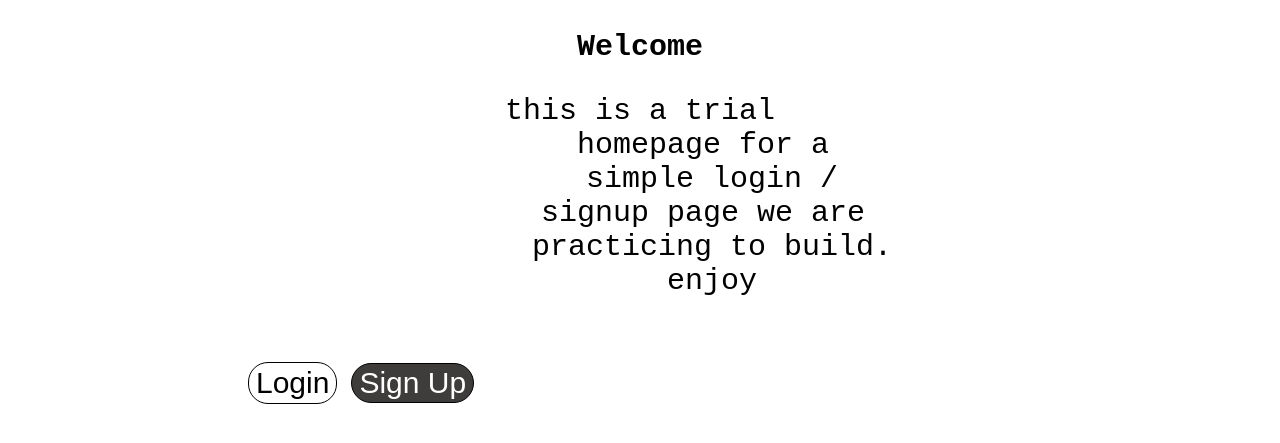
Repository: yhung004/TUTORIAL_PAGE
Page: home.html
An editor plug-in stored every save of this project. The page is shown before and after the next save, followed by the edit.
The browser window is 1280 px wide. The pictures show the whole page.

Above is the page before, as saved 2024-04-10 01:45:35.

After the next save:
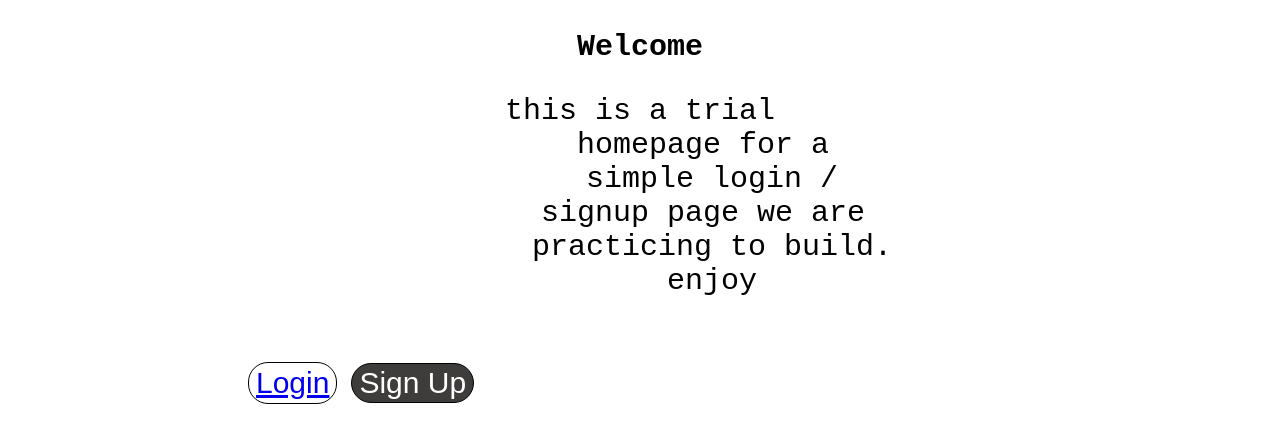
Saved 76 s later.
--- a/home.html
+++ b/home.html
@@ -16,7 +16,7 @@
         enjoy
     </pre>
     <button class="button_a">
-        Login
+       <a href="#" class="button_a1">Login</a>
     </button>
     <button class="button_b">
         <a href="#" class="button_b1">Sign Up</a>

After the save that followed:
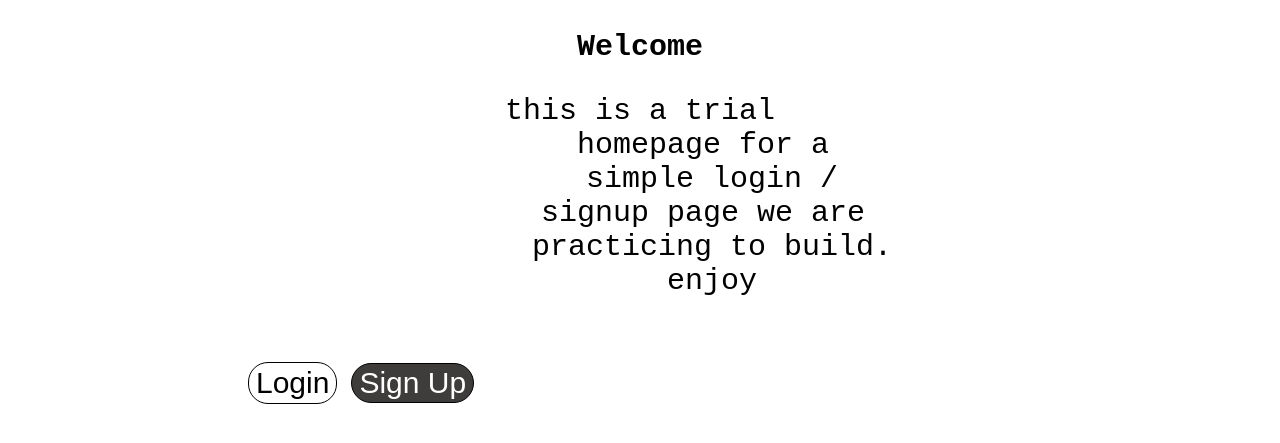
Saved 2 min 13 s later.
--- a/main.css
+++ b/main.css
@@ -31,3 +31,7 @@ a.button_b1 {
     text-decoration: none;
     color:white;
 }
+a.button_a1 {
+    text-decoration:none;
+    color:black;
+}
